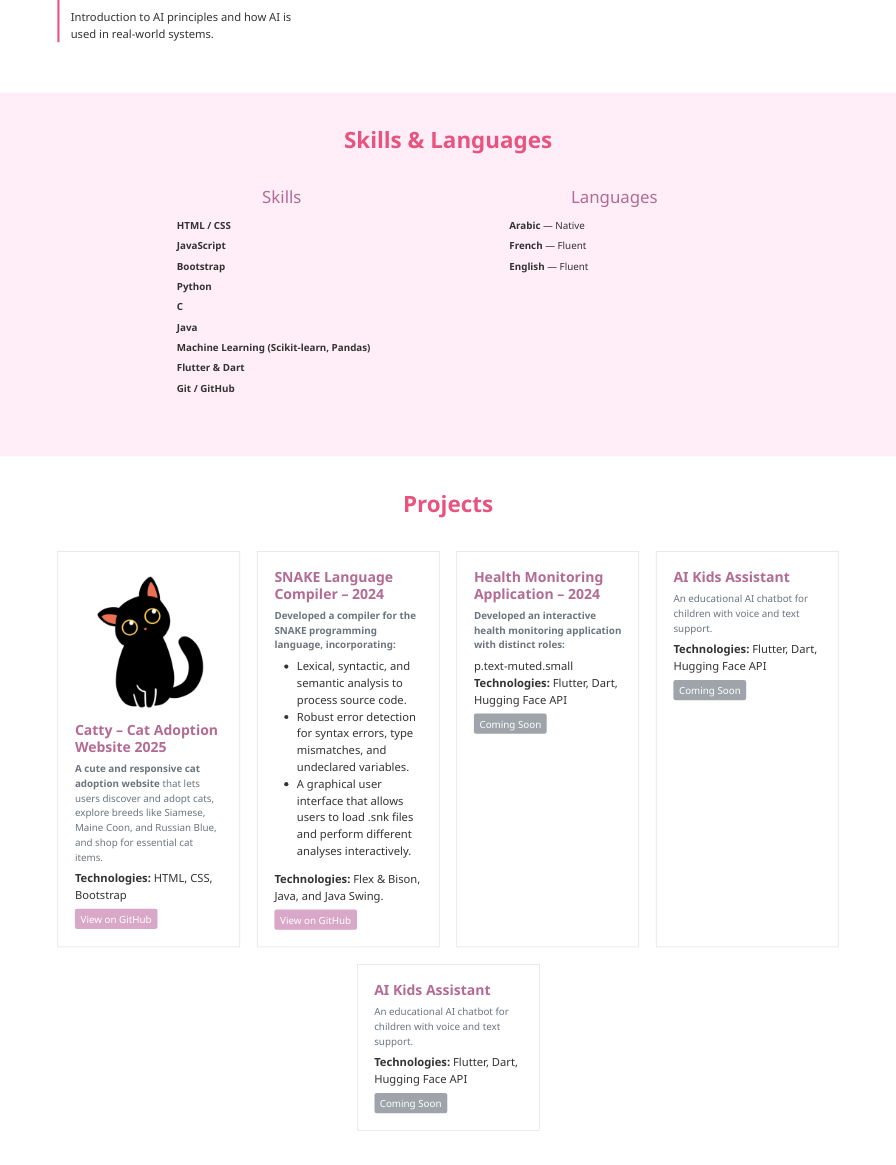
Repository: rihebtlh/portfolio
Page: new.html
The author's editor kept a copy of each file at every save. The page is drawn from the files as they stood at one save, then again after a run of saves.
The browser window is 1280 px wide. The pictures show the part of the page from y = 1985 to 3905 px (the page is 3649 px tall before and 3905 px after), at 70% of full size.

Above is the page before, as saved 2025-07-02 16:19:48.

### new.html
<!DOCTYPE html>
<html lang="en">
<head>
  <meta charset="UTF-8" />
  <meta name="viewport" content="width=device-width, initial-scale=1.0" />
  <title>Riheb Talhi Portfolio</title>
  <link href="https://cdn.jsdelivr.net/npm/bootstrap@5.0.2/dist/css/bootstrap.min.css" rel="stylesheet" />
  <script src="https://cdn.jsdelivr.net/npm/bootstrap@5.0.2/dist/js/bootstrap.bundle.min.js"></script>
  <link rel="stylesheet" href="https://cdn.jsdelivr.net/npm/bootstrap-icons@1.10.5/font/bootstrap-icons.css">


  <style>
    body {
      font-family: 'Segoe UI', sans-serif;
      color: #333;
      background: #fff;
    }

    .navbar {
      background: rgba(255, 255, 255, 0.9);
      box-shadow: 0 4px 6px rgba(0, 0, 0, 0.05);
    }

    .navbar-nav .nav-link {
      color: #b36b94 !important;
      font-weight: 500;
    }

    .navbar-nav .nav-link:hover {
      color: #e75480 !important;
    }

    .btn-secondary {
      background-color: #d9a7c7;
      border: none;
    }

    .btn-secondary:hover {
      background-color: #e2b8d3;
    }

    h1, h2 {
      font-weight: 700;
    }

    .display-2 {
      color: #e75480;
    }

    .display-5 {
      color: #a070a8;
    }

    section {
      padding: 4rem 0;
    }

    .head {
      background-color: #ffeef8;
    }

    .about {
      background-color: #ffffff;
    }

    .about h2 {
      color: #e75480;
    }

    .about p {
      font-size: 1.1rem;
      color: #444;
      max-width: 800px;
    }

    img.rounded-circle {
      border: 4px solid #fff;
    }
    /* Simple timeline style */
  .timeline-item {
    border-left: 3px solid #e75480;
    padding-left: 1rem;
    position: relative;
  }
  .timeline-item::before {
    content: '';
    position: absolute;
    left: -9px;
    top: 0.4rem;
    width: 15px;
    height: 15px;
    background: #e75480;
    border-radius: 50%;
  }
  </style>
</head>
<body>

  <!-- Navbar -->
  <nav class="navbar navbar-expand-md navbar-light fixed-top">
    <div class="container-xxl">
      <button class="navbar-toggler" type="button" data-bs-toggle="collapse" data-bs-target="#main-nav"
        aria-controls="main-nav" aria-expanded="false" aria-label="Toggle navigation">
        <span class="navbar-toggler-icon"></span>
      </button>

      <div class="collapse navbar-collapse justify-content-end align-items-center" id="main-nav">
        <ul class="navbar-nav">
          <li class="nav-item"><a class="nav-link" href="#about">About Me</a></li>
          <li class="nav-item"><a class="nav-link" href="#resume">My Resume</a></li>
          <li class="nav-item"><a class="nav-link" href="#skills">Skills & Languages</a></li>
          <li class="nav-item"><a class="nav-link" href="#projects">Projects</a></li>
          <li class="nav-item ms-2 d-none d-md-inline">
            <a class="btn btn-secondary" href="#contact">Contact me here!</a>
          </li>
        </ul>
      </div>
    </div>
  </nav>

  <!-- Hero Section -->
    <section class="head d-flex align-items-center" style="min-height: 100vh;" id="home">
    <div class="container-lg">
        <div class="row justify-content-center align-items-center">
        <div class="col-md-8 text-start">
            <h1>
            <div class="display-2 fw-bold">Riheb Talhi</div>
            <div class="display-5">Computer Science Student</div>
            <div class="display-6 text-muted">just love to solve real-world problems through creative coding.</div>
            </h1>
        </div>
        <div class="col-md-4 text-center d-none d-md-block">
            <span class="tt" data-bs-placement="bottom" title="pic">
            <img src="/assets/pic.jpg" alt="Your photo" class="img-fluid rounded-circle shadow" style="max-height: 400px;">
            </span>
        </div>
        </div>
    </div>
    </section>


  <!-- About Me Section (White) -->
  <section class="about" id="about">
    <div class="container-lg">
      <div class="row justify-content-center">
        <div class="col-md-5">
          <h2 class="mb-4">About Me</h2>
          <p><strong>Name:</strong> Riheb Talhi</p>
          <p><strong>Email:</strong> talhiriheb@gmail.com</p>
          <p><strong>Education:</strong> university of science and technology of oran - mohamed boudiaf</p>
          <p>
            <i class="bi bi-github text-dark me-2"></i>
            <a href="https://github.com/rihebtlh" target="_blank">@rihebtlh</a>
          </p>
          <p>
            <i class="bi bi-linkedin"></i>
            <a href="https://www.linkedin.com/in/riheb-talhi-bab320293" target="_blank">Talhi Riheb</a>
          </p>
          <p>
            I love building smart, helpful apps and exploring the world of artificial intelligence.
            Currently, I'm focused on AI development especially in natural language processing (NLP) and machine learning (ML).
          </p>

        </div>
      </div>
    </div>
  </section>
  <!-- Resume Section -->
    <section id="resume" class="py-5" style="background:#fff;">
        <div class="container-lg">
            <h2 class="mb-5" style="color:#e75480;">My Resume</h2>
            <div class="row">

            <!-- Education -->
            <div class="col-md-6 mb-4">
                <h4 class="mb-4" style="color:#b36b94;">Education</h4>
                <div class="timeline">
                <div class="timeline-item mb-4">
                    <h5 class="mb-1 fw-bold">University of Science and Technology of Oran - Mohamed Boudiaf</h5>
                    <p class="text-muted mb-0"><small>Bachelor's Degree in Computer Science</small></p>
                    <p class="text-muted"><small>2022 - 2025</small></p>
                    <p>Focused on software development, AI, and data structures.</p>
                </div>
                <!-- Add more education here if needed -->
                </div>
            </div>

            <!-- Experience -->
            <div class="col-md-6 mb-4">
                <h4 class="mb-4" style="color:#b36b94;">Experience</h4>
                <div class="timeline">
                <div class="timeline-item mb-4">
                    <h5 class="mb-1 fw-bold">Internship at XYZ Company</h5>
                    <p class="text-muted mb-0"><small>Summer 2023</small></p>
                    <p>Worked on developing web applications and learning Agile methodologies.</p>
                </div>
                <div class="timeline-item mb-4">
                    <h5 class="mb-1 fw-bold">Freelance Web Developer</h5>
                    <p class="text-muted mb-0"><small>2022 - Present</small></p>
                    <p>Built personal and small business websites with modern UI/UX design.</p>
                </div>
                <!-- Add more experience as needed -->
                </div>
            </div>
            </div>
            <!-- Certifications -->
            <div class="col-md-4 mb-4">
                <h4 class="mb-4" style="color:#b36b94;">Certifications</h4>
                <div class="timeline">
                <div class="timeline-item mb-4">
                    <h5 class="fw-bold">Meta Front-End Developer</h5>
                    <p class="text-muted"><small>Coursera · 2024</small></p>
                    <p>Gained skills in React, responsive design, and UI/UX fundamentals.</p>
                </div>
                <div class="timeline-item mb-4">
                    <h5 class="fw-bold">AI For Everyone</h5>
                    <p class="text-muted"><small>Coursera · 2023</small></p>
                    <p>Introduction to AI principles and how AI is used in real-world systems.</p>
                </div>
                </div>
            </div>
        </div>
    </section>
    <!-- Skills & Languages Section -->
    <section id="skills" class="py-5" style="background-color: #ffeef8;">
    <div class="container-lg text-center">
        <h2 class="mb-5" style="color: #e75480;">Skills & Languages</h2>

        <div class="row justify-content-center">
        <!-- Skills -->
        <div class="col-md-5 mb-4">
            <h4 class="mb-3" style="color: #b36b94;">Skills</h4>
            <ul class="list-unstyled small text-start mx-auto" style="max-width: 300px;">
            <li class="mb-2"><strong>HTML / CSS</strong></li>
            <li class="mb-2"><strong>JavaScript</strong></li>
            <li class="mb-2"><strong>Bootstrap</strong></li>
            <li class="mb-2"><strong>Python</strong></li>
            <li class="mb-2"><strong>C</strong></li>
            <li class="mb-2"><strong>Java</strong></li>
            <li class="mb-2"><strong>Machine Learning (Scikit-learn, Pandas)</strong></li>
            <li class="mb-2"><strong>Flutter & Dart</strong></li>
            <li class="mb-2"><strong>Git / GitHub</strong></li>
            </ul>
        </div>

        <!-- Languages -->
        <div class="col-md-5 mb-4">
            <h4 class="mb-3" style="color: #b36b94;">Languages</h4>
            <ul class="list-unstyled small text-start mx-auto" style="max-width: 300px;">
            <li class="mb-2"><strong>Arabic</strong> — Native</li>
            <li class="mb-2"><strong>French</strong> — Fluent</li>
            <li class="mb-2"><strong>English</strong> — Fluent</li>
            </ul>
        </div>
        </div>
    </div>
    </section>
    <!-- Projects Section -->
    <section id="projects" class="py-5" style="background-color: #fff;">
      <div class="container-lg">
        <h2 class="mb-5 text-center" style="color: #e75480;">Projects</h2>

        <div class="row justify-content-center g-4">

          <!-- Project 1 -->
          <div class="col-md-3">
            <div class="p-4 border rounded-4 h-100" style="border-color: #ffd6e8; background-color: #fff;">
              <!-- Project Image -->
              <img src="assets/catLogo.webp" alt="Catty Website Preview" class="img-fluid rounded mb-2">
              <!-- Project Content -->
              <h5 class="fw-bold" style="color: #b36b94;">Catty – Cat Adoption Website 2025</h5>
              <p class="text-muted small mb-2"><strong>A cute and responsive cat adoption website</strong> that lets users discover and adopt cats, explore breeds like Siamese, Maine Coon, and Russian Blue, and shop for essential cat items.</p>
              <p class="mb-2"><strong>Technologies:</strong> HTML, CSS, Bootstrap</p>
              <a href="https://github.com/rihebtlh/catty-storefront" target="_blank" class="btn btn-sm btn-secondary">View on GitHub</a>
            </div>
          </div>
          <!-- Project 2 -->
          <div class="col-md-3">
            <div class="p-4 border rounded-4 h-100" style="border-color: #ffd6e8;">
              <h5 class="fw-bold" style="color: #b36b94;">SNAKE Language Compiler – 2024</h5>
              <p class="text-muted small mb-2"><strong>Developed a compiler for the SNAKE programming language, incorporating:</strong></p>
              <p class="text-muted small mb-2">
                <ul>
                  <li>Lexical, syntactic, and semantic analysis to process source code.</li>
                  <li>Robust error detection for syntax errors, type mismatches, and undeclared variables.</li>
                  <li>A graphical user interface that allows users to load .snk files and perform different analyses interactively.</li>
                </ul>
              </p>
              <p class="mb-2"><strong>Technologies:</strong> Flex & Bison, Java, and Java Swing.</p>
              <a href="https://github.com/rihebtlh/Compilation" target="_blank" class="btn btn-sm btn-secondary">View on GitHub</a>
            </div>
          </div>
          <!-- Project 3 -->
          <div class="col-md-3">
            <div class="p-4 border rounded-4 h-100" style="border-color: #ffd6e8;">
              <h5 class="fw-bold" style="color: #b36b94;">Health Monitoring Application – 2024</h5>
              <p class="text-muted small mb-2"><strong>Developed an interactive health monitoring application with distinct roles:</strong></p>
              p.text-muted.small
              <p class="mb-2"><strong>Technologies:</strong> Flutter, Dart, Hugging Face API</p>
              <a href="#" target="_blank" class="btn btn-sm btn-secondary disabled">Coming Soon</a>
            </div>
          </div>
          <!-- Project 4 -->
          <div class="col-md-3">
            <div class="p-4 border rounded-4 h-100" style="border-color: #ffd6e8;">
              <h5 class="fw-bold" style="color: #b36b94;">AI Kids Assistant</h5>
              <p class="text-muted small mb-2">An educational AI chatbot for children with voice and text support.</p>
              <p class="mb-2"><strong>Technologies:</strong> Flutter, Dart, Hugging Face API</p>
              <a href="#" target="_blank" class="btn btn-sm btn-secondary disabled">Coming Soon</a>
            </div>
          </div>
          <!-- Project 5 -->
          <div class="col-md-3">
            <div class="p-4 border rounded-4 h-100" style="border-color: #ffd6e8;">
              <h5 class="fw-bold" style="color: #b36b94;">AI Kids Assistant</h5>
              <p class="text-muted small mb-2">An educational AI chatbot for children with voice and text support.</p>
              <p class="mb-2"><strong>Technologies:</strong> Flutter, Dart, Hugging Face API</p>
              <a href="#" target="_blank" class="btn btn-sm btn-secondary disabled">Coming Soon</a>
            </div>
          </div>

          <!-- Add more projects here -->

        </div>
      </div>
    </section>






  <!-- Tooltip Init -->
  <script>
    const tooltips = document.querySelectorAll('.tt');
    tooltips.forEach(t => {
      new bootstrap.Tooltip(t);
    });
  </script>

</body>
</html>

After the next 3 saves:
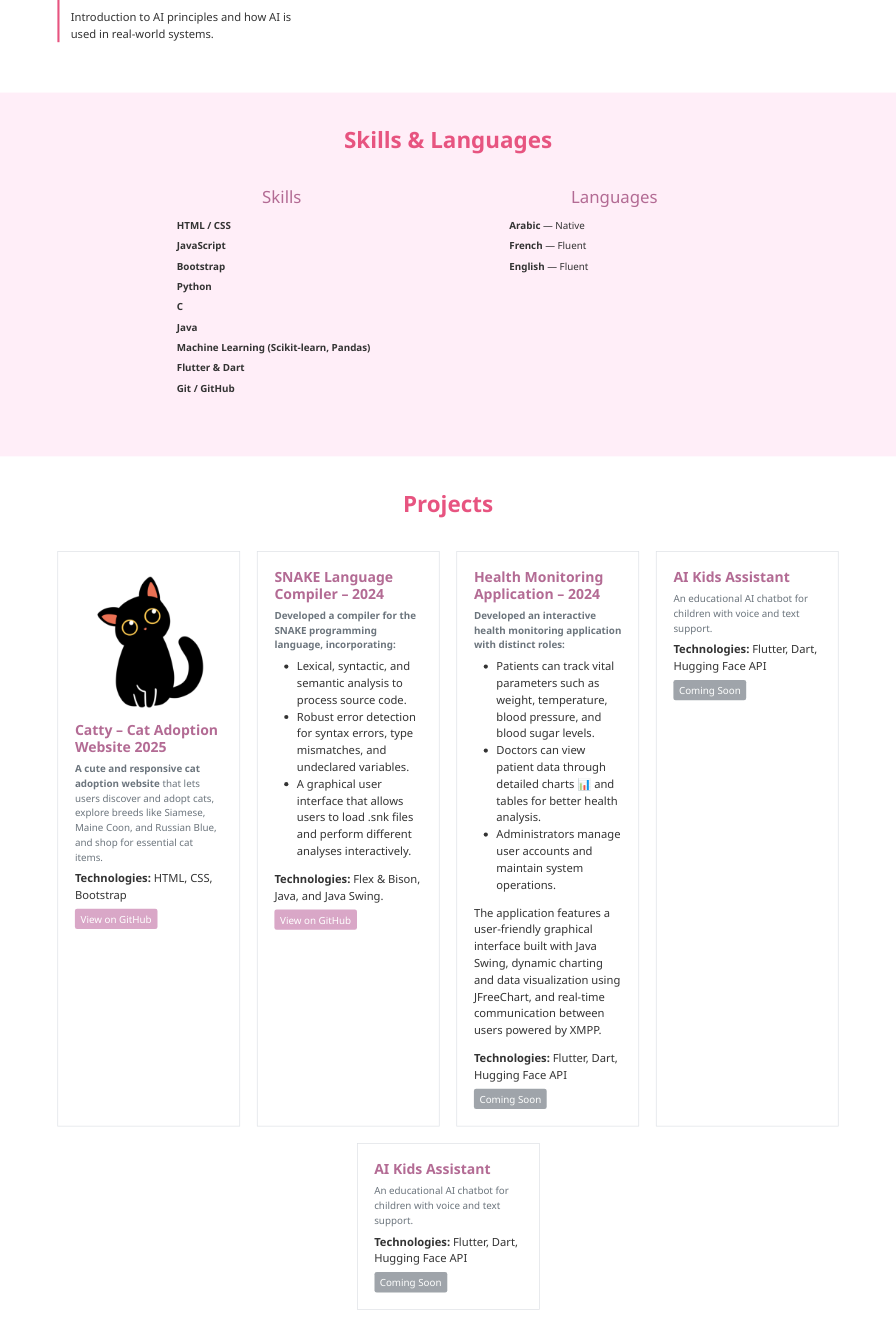
The 3 saves are shown as one change because they came seconds apart.
The last was saved 8 s later.
--- a/new.html
+++ b/new.html
@@ -295,7 +295,16 @@
             <div class="p-4 border rounded-4 h-100" style="border-color: #ffd6e8;">
               <h5 class="fw-bold" style="color: #b36b94;">Health Monitoring Application – 2024</h5>
               <p class="text-muted small mb-2"><strong>Developed an interactive health monitoring application with distinct roles:</strong></p>
-              p.text-muted.small
+              <p class="text-muted small mb-2"><ul>
+            <li>Patients can track vital parameters such as weight, temperature, blood pressure, and blood sugar levels.</li>
+            <li>Doctors can view patient data through detailed charts 📊 and tables for better health analysis.</li>
+            <li>Administrators manage user accounts and maintain system operations.</li>
+          </ul>
+          <p>
+            The application features a user-friendly graphical interface built with Java Swing,
+            dynamic charting and data visualization using JFreeChart,
+            and real-time communication between users powered by XMPP.
+          </p></p>
               <p class="mb-2"><strong>Technologies:</strong> Flutter, Dart, Hugging Face API</p>
               <a href="#" target="_blank" class="btn btn-sm btn-secondary disabled">Coming Soon</a>
             </div>
